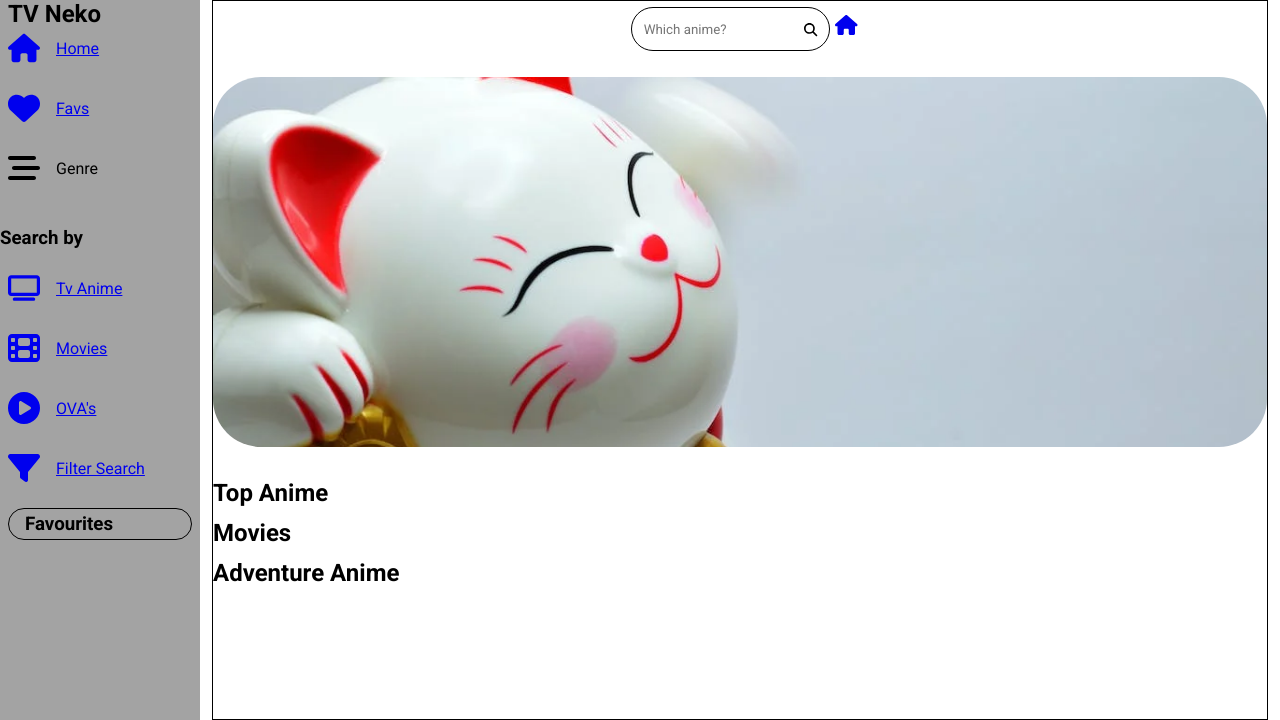
Repository: OwenMargiela/AnimeDatabse
Page: /
An editor plug-in stored every save of this project. The page is shown before and after the next save, followed by the edit.
The browser window is 1280 px wide. The pictures show the whole page.
The page's requests for data from a server got no answer. The project was rebuilt for these pictures with package versions that can differ from the ones it lists, and the page was loaded fresh each time. No one was signed in, and anything a server would have sent is missing. Also part of the build but not shown: src/Components/AnimeContainer.jsx, src/Pages/AnimePage/AnimePage.jsx, src/Components/Score.css, src/Components/Score.jsx, src/Components/AnimeDescription.jsx, src/Pages/AnimePage/AnimeInfo.jsx, src/Pages/AnimePage/AnimeGenre.jsx, src/Pages/FavouritesPage/Favourites.css and 7 more.

Above is the page before, as saved 2023-01-26 14:53:59.

After the next save:
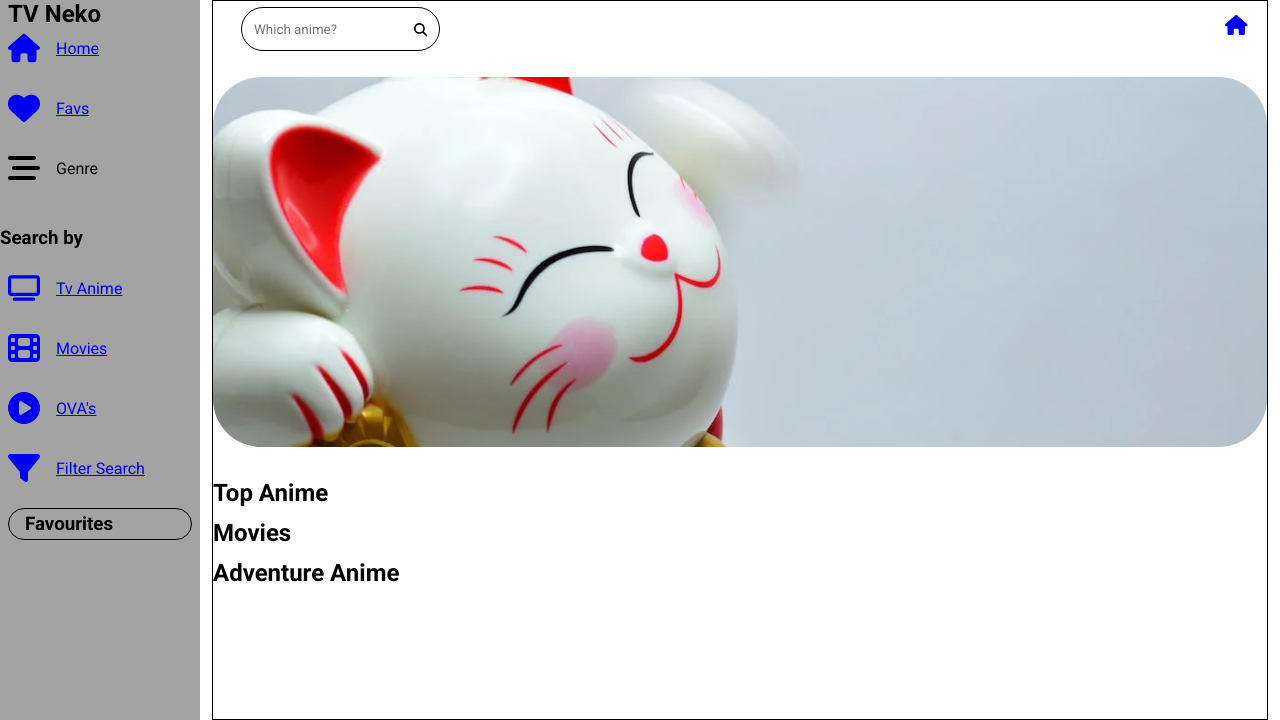
Saved 10 s later.
--- a/src/App.css
+++ b/src/App.css
@@ -16,7 +16,7 @@ nav {
   top: 0;
   display: flex;
   align-items: center;
-  justify-content: center;
+  justify-content: space-between;
   margin-bottom: 1.75rem;
   padding: 0.75em 1.25em;
   width: 100%;
